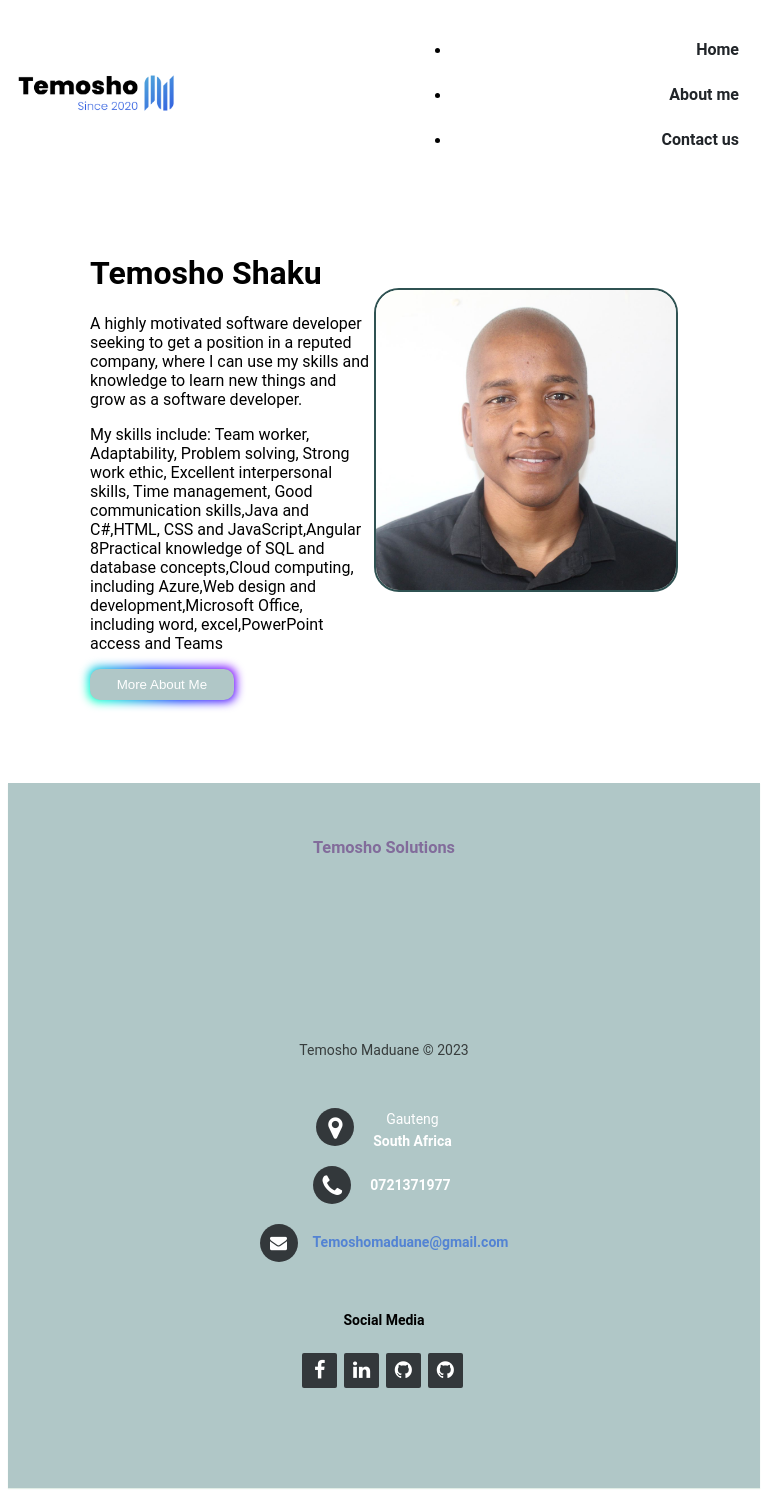
Repository: TemoshoS/T-Shaku
Page: index.html
The author's editor kept a copy of each file at every save. The page is drawn from the files as they stood at one save, then again after a run of saves.
The browser window is 768 px wide. The pictures show the whole page.
Pictures or frames that could not be fetched are drawn as grey boxes. Some web libraries are served in a nearby version.

Above is the page before, as saved 2023-09-28 14:30:35.

After the next 2 saves:
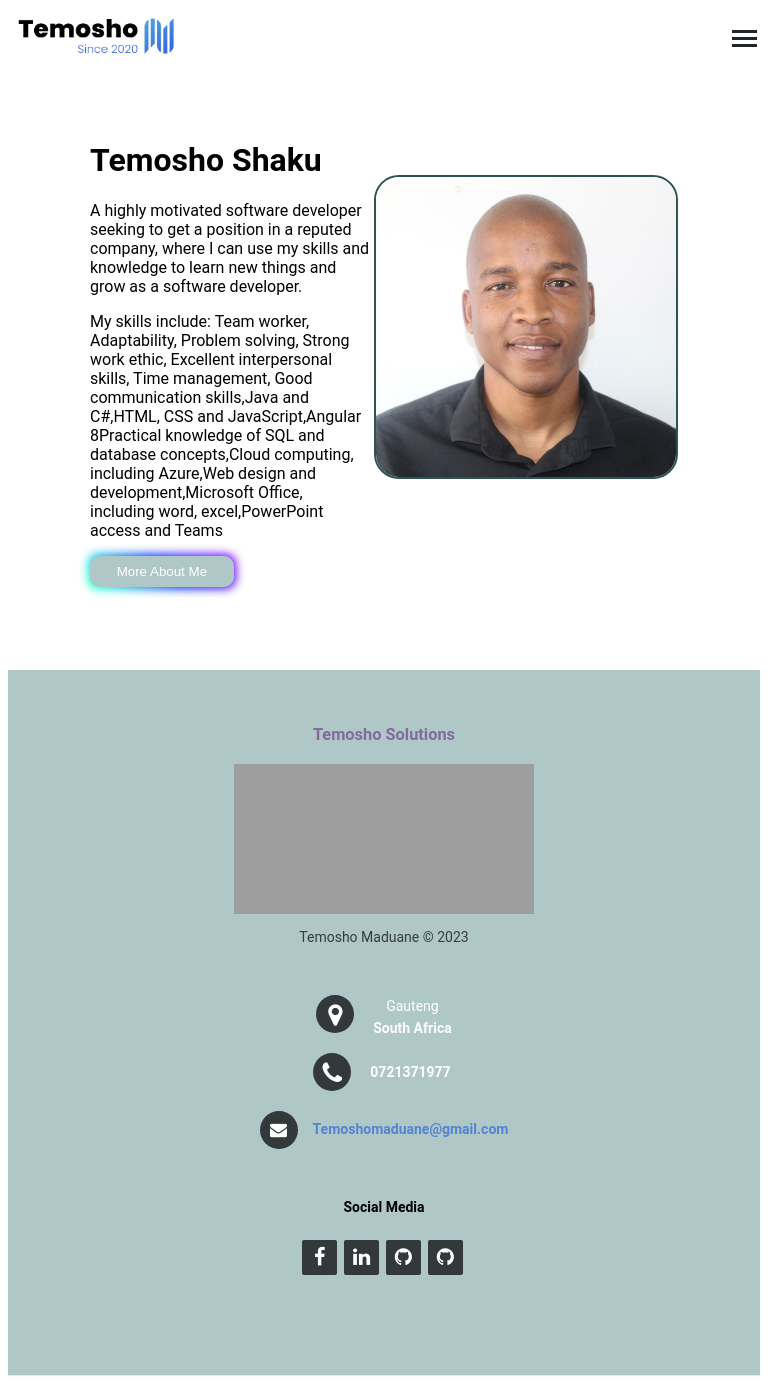
The 2 saves are shown as one change because they came seconds apart.
The last was saved 53 s later.
--- a/css/style.css
+++ b/css/style.css
@@ -263,6 +263,22 @@ input {
 
 @media (max-width: 880px) {
 
+	.menu-icon {
+        display: block; /* Display the icon for smaller screens */
+    }
+
+    .nav-links {
+        display: none; /* Hide the navigation links for smaller screens */
+    }
+
+    /* Add additional styles for the navigation links when hidden */
+    .nav-link {
+        display: block;
+        text-align: center;
+        margin: 5px 0;
+        padding: 10px;
+    }
+
 	.footer-distributed{
 		font: bold 14px sans-serif;
 
